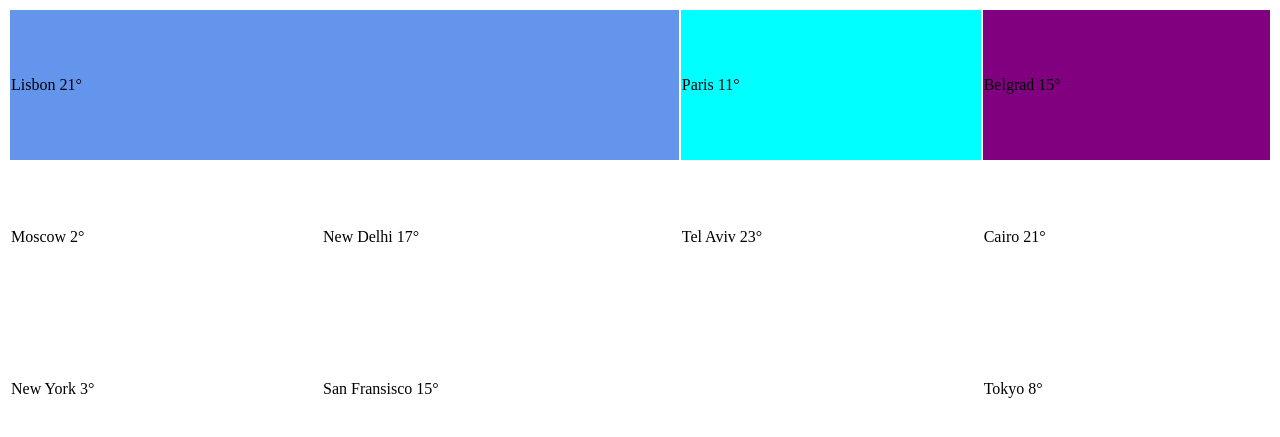
Repository: aysedo/html
Page: Week_2/index.html
These files come from the project's save history. The page is drawn as it stood at one moment and after the next save; the edit follows.
The browser window is 1280 px wide. The pictures show the whole page.

Above is the page before, as saved 2021-08-24 14:37:34.

### Week_2/index.html
<!DOCTYPE html>
<html lang="en">
  <head>
    <meta charset="UTF-8" />
    <meta http-equiv="X-UA-Compatible" content="IE=edge" />
    <meta name="viewport" content="width=device-width, initial-scale=1.0" />
    <title>Document</title>
  </head>
  <body>
    <table width="100%">
      <tr height="150">
        <td colspan="2" bgcolor="cornflowerblue"> Lisbon 21° </td>
        <td bgcolor="Aqua"> Paris 11° </td>
        <td bgcolor="Purple">Belgrad 15°</td>
      </tr>
      <tr height="150">
        <td> Moscow 2° </td>
        <td> New Delhi 17° </td>
        <td> Tel Aviv 23°</td>
        <td> Cairo 21° </td>
      </tr>
      <tr height="150">
        <td> New York 3°</td>
        <td colspan="2"> San Fransisco 15° </td>
        <td> Tokyo 8° </td>
      </tr>
    </table>
  </body>
</html>

After the next save:
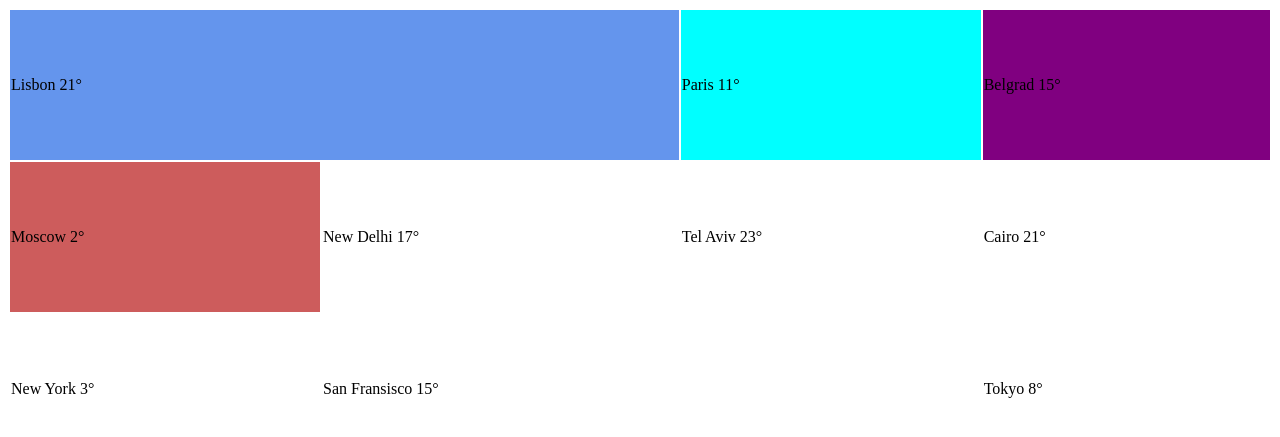
Saved 65 s later.
--- a/Week_2/index.html
+++ b/Week_2/index.html
@@ -14,7 +14,7 @@
         <td bgcolor="Purple">Belgrad 15°</td>
       </tr>
       <tr height="150">
-        <td> Moscow 2° </td>
+        <td bgcolor="Indianred"> Moscow 2° </td>
         <td> New Delhi 17° </td>
         <td> Tel Aviv 23°</td>
         <td> Cairo 21° </td>
